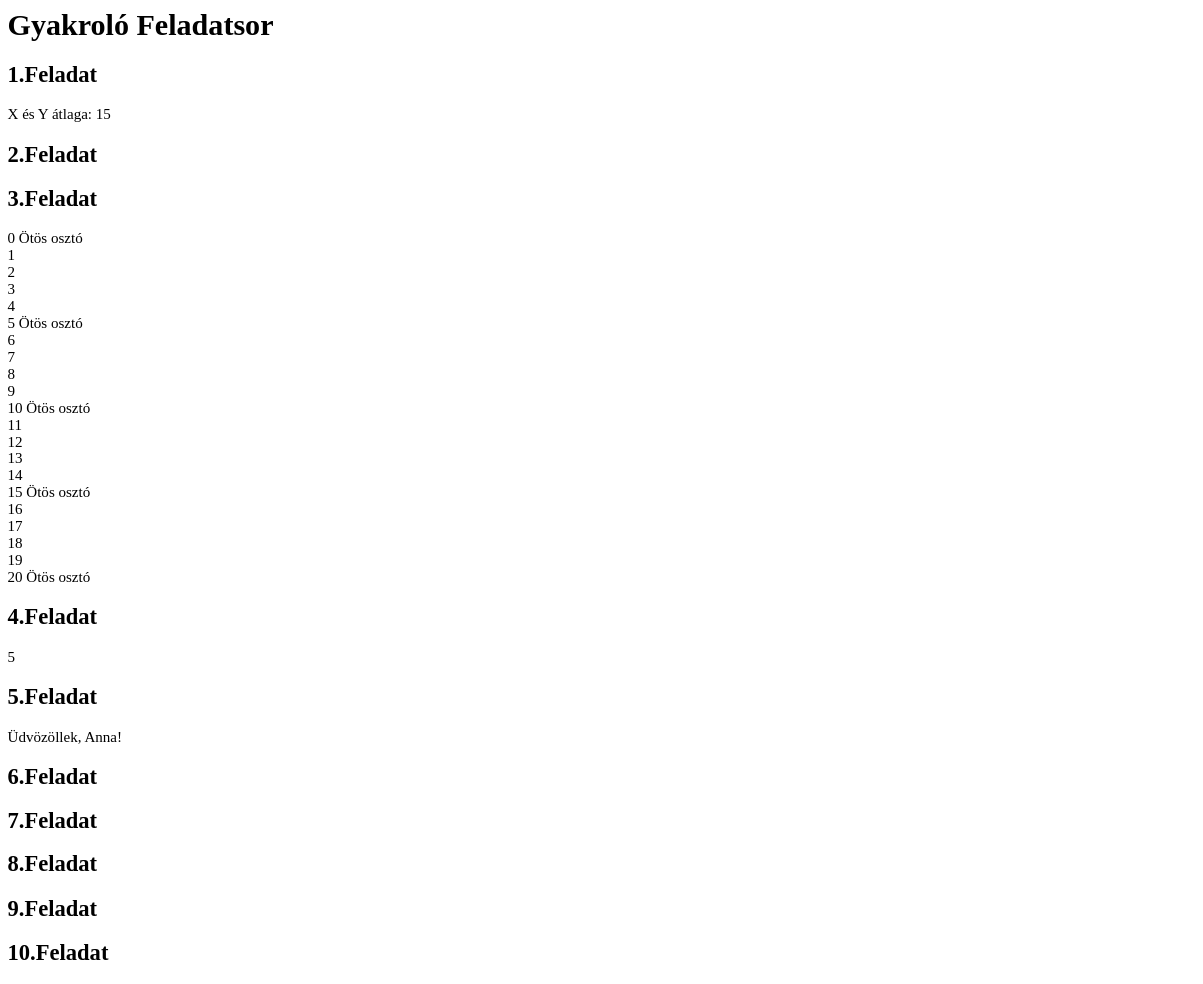
Repository: doomhyena/htdocs
Page: http://localhost/00.Home/02.masodikresz.php
These files come from the project's save history. The page is drawn as it stood at one moment and after the next save; the edit follows.
The browser window is 1280 px wide. The pictures show the whole page, at 94% of full size.
The page is run by PHP 8.4 with error messages shown; the project is at /var/www/html/.

Above is the page before, as saved 2024-09-17 15:16:02.

After the next save:
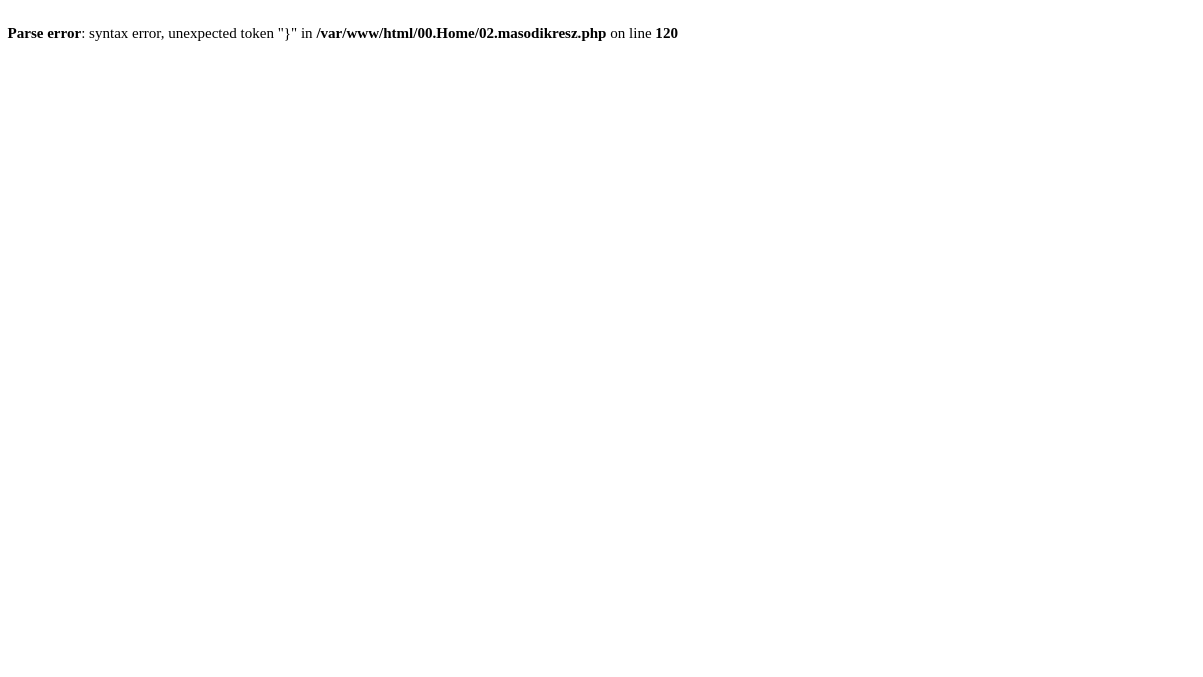
Saved 13 s later.
--- a/00.Home/02.masodikresz.php
+++ b/00.Home/02.masodikresz.php
@@ -116,7 +116,7 @@
 $szamlalo = 0;
 
 while ($szamlalo === 10) {
-    // kód
+    $szamlalo +=
 }
 
 echo "<h2> 8.Feladat </h2>";

After the save that followed:
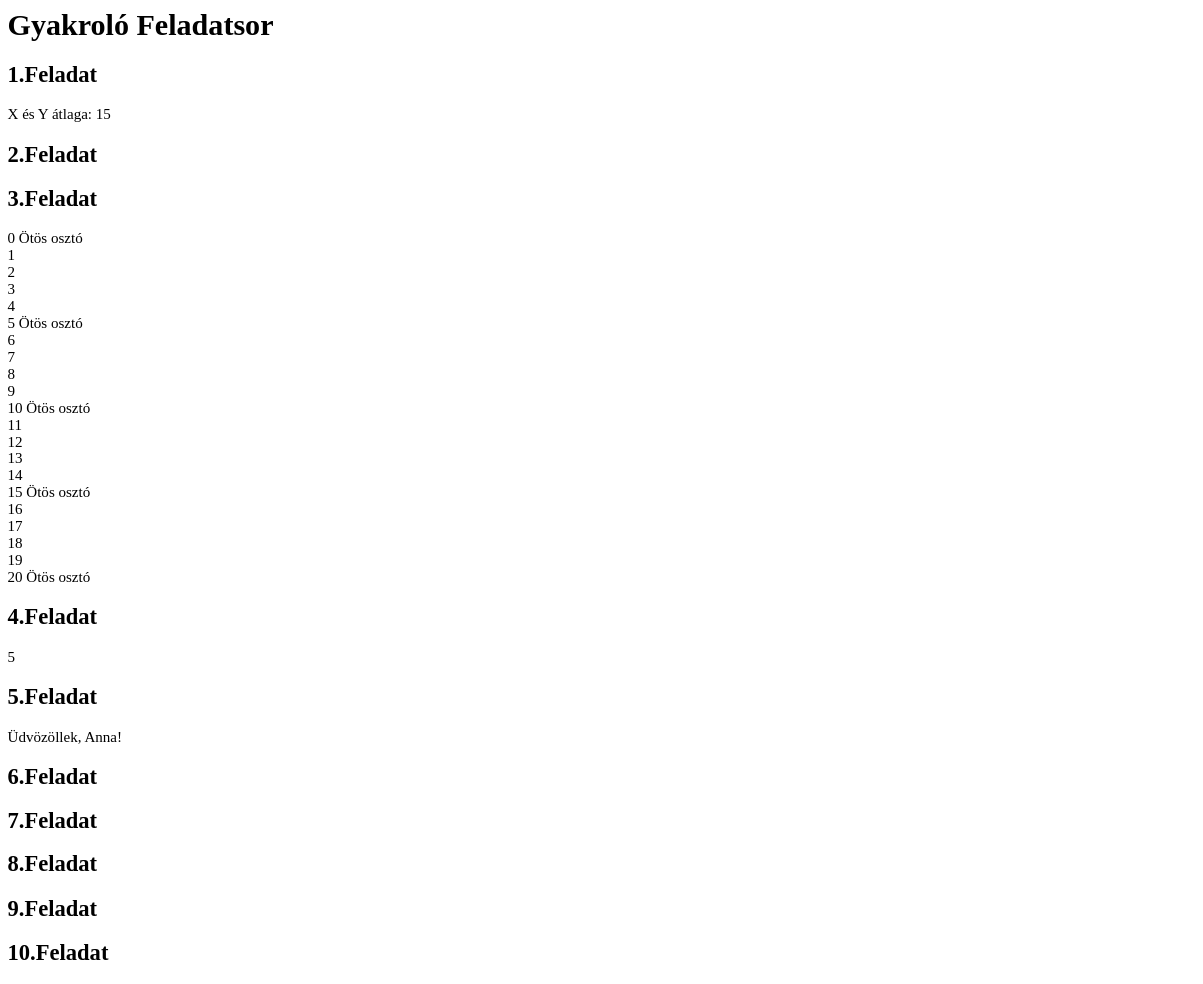
Saved 17 s later.
--- a/00.Home/02.masodikresz.php
+++ b/00.Home/02.masodikresz.php
@@ -116,7 +116,8 @@
 $szamlalo = 0;
 
 while ($szamlalo === 10) {
-    $szamlalo +=
+    $szamlalo += 1;
+    echo "$szamlalo";
 }
 
 echo "<h2> 8.Feladat </h2>";
